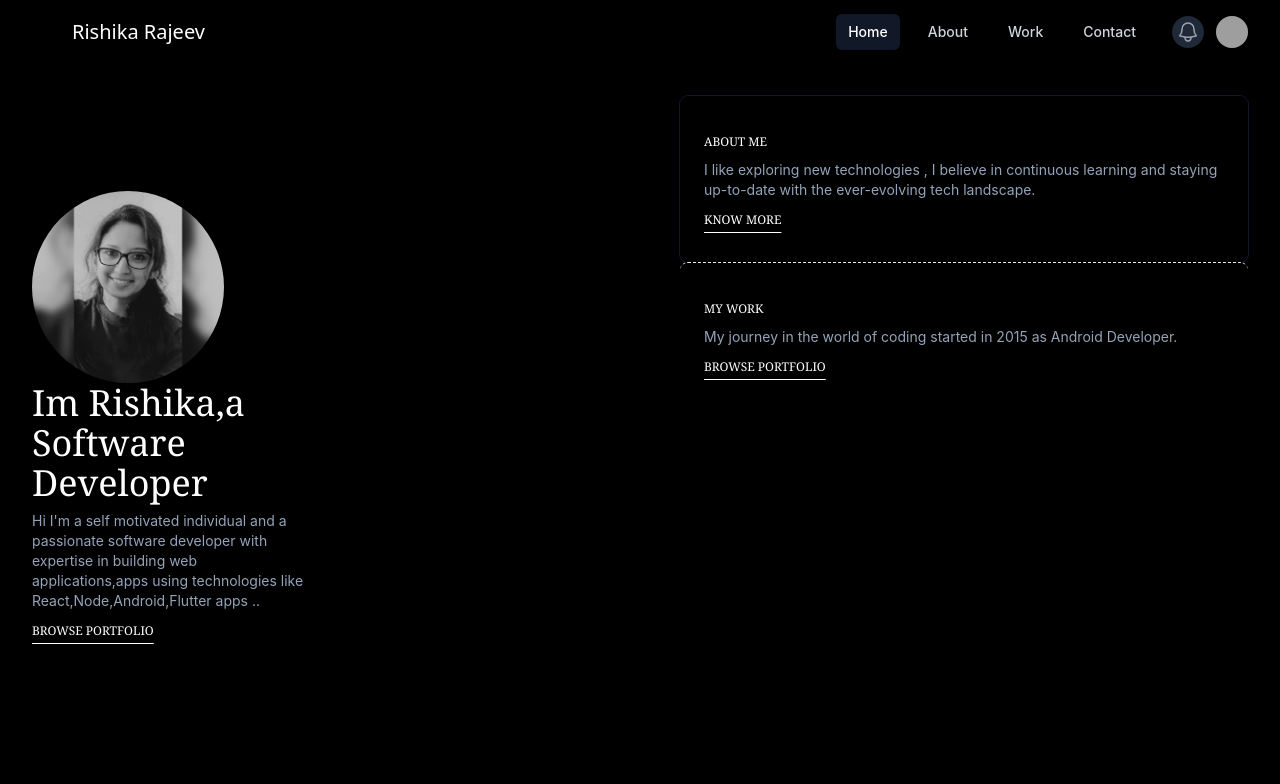
Repository: rishikarajeev/portfolio_rishika
Page: /
The author's editor kept a copy of each file at every save. The page is drawn from the files as they stood at one save, then again after the next save.
The browser window is 1280 px wide. The pictures show the whole page.
Pictures or frames that could not be fetched are drawn as grey boxes. The project was rebuilt for these pictures with package versions that can differ from the ones it lists, and the page was loaded fresh each time. Also part of the build but not shown: src/Pages/About.jsx, src/Pages/Contact.jsx, src/Components/Work.jsx, src/Components/Project.jsx, src/Pages/Mywork.jsx.

Above is the page before, as saved 2023-10-23 18:33:10.

### src/Components/Nav/Nav.jsx
import React from 'react'

function Nav() {
  return (
    <div><nav class="dark:bg-black">
    <div class="mx-auto max-w-7xl px-2 sm:px-6 lg:px-8">
      <div class="relative flex h-16 items-center justify-between">
      <div class="absolute inset-y-0 left-7 flex items-center ">

      <a href="#" class=" text-white  px-3 py-2 text-xl font-medium font-sans" aria-current="page">Rishika Rajeev</a>
        </div>
        <div class="absolute inset-y-0 left-0 flex items-center sm:hidden">

          <button type="button" class="relative inline-flex items-center justify-center rounded-md p-2 text-gray-400 hover:bg-gray-700 hover:text-white focus:outline-none focus:ring-2 focus:ring-inset focus:ring-white" aria-controls="mobile-menu" aria-expanded="false">
            <span class="absolute -inset-0.5"></span>
            <span class="sr-only">Open main menu</span>

            <svg class="block h-6 w-6" fill="none" viewBox="0 0 24 24" stroke-width="1.5" stroke="currentColor" aria-hidden="true">
              <path stroke-linecap="round" stroke-linejoin="round" d="M3.75 6.75h16.5M3.75 12h16.5m-16.5 5.25h16.5" />
            </svg>

            <svg class="hidden h-6 w-6" fill="none" viewBox="0 0 24 24" stroke-width="1.5" stroke="currentColor" aria-hidden="true">
              <path stroke-linecap="round" stroke-linejoin="round" d="M6 18L18 6M6 6l12 12" />
            </svg>
          </button>
        </div>
        <div class="flex flex-1 items-center justify-end sm:items-stretch sm:justify-end">
          {/* <div class="flex flex-shrink-0 items-center">
            <img class="h-8 w-auto" src="https://tailwindui.com/img/logos/mark.svg?color=indigo&shade=500" alt="Your Company"/>
          </div> */}
          <div class="hidden sm:ml-6 sm:block ">
            <div class="flex space-x-4 ">

              <a href="/" class="bg-gray-900 text-white rounded-md px-3 py-2 text-sm font-medium" >Home</a>
              <a href="/about" class="text-gray-300 hover:bg-gray-700 hover:text-white rounded-md px-3 py-2 text-sm font-medium">About</a>
              <a href="/work" class="text-gray-300 hover:bg-gray-700 hover:text-white rounded-md px-3 py-2 text-sm font-medium">Work</a>
              <a href="/contact" class="text-gray-300 hover:bg-gray-700 hover:text-white rounded-md px-3 py-2 text-sm font-medium">Contact</a>
            </div>
          </div>
        </div>
        <div class="absolute inset-y-0 right-0 flex items-center pr-2 sm:static sm:inset-auto sm:ml-6 sm:pr-0">
          <button type="button" class="relative rounded-full bg-gray-800 p-1 text-gray-400 hover:text-white focus:outline-none focus:ring-2 focus:ring-white focus:ring-offset-2 focus:ring-offset-gray-800">
            <span class="absolute -inset-1.5"></span>
            <span class="sr-only">View notifications</span>
            <svg class="h-6 w-6" fill="none" viewBox="0 0 24 24" stroke-width="1.5" stroke="currentColor" aria-hidden="true">
              <path stroke-linecap="round" stroke-linejoin="round" d="M14.857 17.082a23.848 23.848 0 005.454-1.31A8.967 8.967 0 0118 9.75v-.7V9A6 6 0 006 9v.75a8.967 8.967 0 01-2.312 6.022c1.733.64 3.56 1.085 5.455 1.31m5.714 0a24.255 24.255 0 01-5.714 0m5.714 0a3 3 0 11-5.714 0" />
            </svg>
          </button>


          <div class="relative ml-3">
            <div>
              <button type="button" class="relative flex rounded-full bg-gray-800 text-sm focus:outline-none focus:ring-2 focus:ring-white focus:ring-offset-2 focus:ring-offset-gray-800" id="user-menu-button" aria-expanded="false" aria-haspopup="true">
                <span class="absolute -inset-1.5"></span>
                <span class="sr-only">Open user menu</span>
                <img class="h-8 w-8 rounded-full" src="../../Images/WhatsApp Image 2023-10-03 at 11.58.19 AM.jpeg" alt=""/>
              </button>
            </div>

          </div>
        </div>
      </div>
    </div>


    <div class="sm:hidden" id="mobile-menu">
      <div class="space-y-1 px-2 pb-3 pt-2">

        <a href="/" class="bg-gray-900 text-white block rounded-md px-3 py-2 text-base font-medium" aria-current="page">Home</a>
        <a href="/about" class="text-gray-300 hover:bg-gray-700 hover:text-white block rounded-md px-3 py-2 text-base font-medium">About</a>
        <a href="/work" class="text-gray-300 hover:bg-gray-700 hover:text-white block rounded-md px-3 py-2 text-base font-medium">Work</a>
        <a href="/contact" class="text-gray-300 hover:bg-gray-700 hover:text-white block rounded-md px-3 py-2 text-base font-medium">Contact</a>
      </div>
    </div>
  </nav>
  </div>
  )
}

export default Nav

### src/Pages/Home.jsx
import React from 'react'

import Nav from '../Components/Nav/Nav';
import img from "../Images/profile.jpeg"
import { Link } from 'react-router-dom';

function Home() {
  return (
    <div className="App" class="dark md:bg-black ">
    <Nav />
    <div class="grid grid-cols-2 h-screen dark md:bg-black gap-4  ">
      <div class="grid grid-cols-2 justify-center items-center m-8 ">
        <div class=" col-span-1 dark:bg-black rounded-lg   mb-4 shadow-xl  ">
          <div class="md:flex">
            <div class="md:shrink-0">
              <img
                class="h-48 w-full object-cover md:h-full md:w-48 rounded-full bg-gray-800 text-sm focus:outline-none focus:ring-2"
                src={img}

              />
            </div>
          </div>
          <Link to="/work">
          <div>
            <label class="text-4xl dark:text-white font-serif">
              Im Rishika,a Software Developer
            </label>
          </div>
          </Link>
          <p class="text-slate-400 dark:text-slate-400 mt-2 text-sm mb-1.5">
          Hi I'm a self motivated individual and a passionate software developer
           with expertise in building web applications,apps using technologies like React,Node,Android,Flutter apps ..

          </p>
          <label class="  text-xs underline underline-offset-8 font-serif dark:text-white">
            BROWSE PORTFOLIO
          </label>
        </div>
      </div>
      <div class=" col-span-1 divide-y divide-dashed dark md:bg-black m-8">

      <Link to="/about">
        <div class=" dark:dark:bg-black rounded-lg px-6 py-8 ring-1 ring-slate-900 shadow-xl">

          <div>
            <label class=" dark:text-white text-xs font-serif">
              ABOUT ME
            </label>
          </div>

          <p class=" dark:text-slate-400 mt-2 text-sm mb-1.5">
          I like exploring new technologies , I believe in continuous learning and staying up-to-date with the ever-evolving tech landscape.

          </p>

          <label class="  text-xs underline underline-offset-8 font-serif dark:text-white">
            KNOW MORE
          </label>

        </div>
        </Link>
        <div class=" dark:dark:bg-black rounded-lg px-6 py-8 ring-1 ring-slate-900/5 shadow-xl">
          <div>
            <label class=" dark:text-white text-xl font-serif text-xs">
              {" "}
              MY WORK
            </label>
          </div>

          <p class=" dark:text-slate-400 mt-2 text-sm mb-1.5">
          My journey in the world of coding started in 2015 as Android Developer.
          </p>
          <label class="  text-xs underline underline-offset-8 font-serif dark:text-white">
            BROWSE PORTFOLIO
          </label>
        </div>
      </div>
    </div>
      </div>
  )
}

export default Home

### tailwind.config.js
/** @type {import('tailwindcss').Config} */
module.exports = {
  content: ["./src/**/*.{html,js,jsx}"],
  theme: {
    extend: {},
  },
  darkMode: 'class',
  plugins: [],
}

Loaded but not shown: public/index.html (common file); src/index.js (common file); src/index.css (common file); src/App.js (common file); src/reportWebVitals.js (common file); src/App.css (common file)

After the next save:
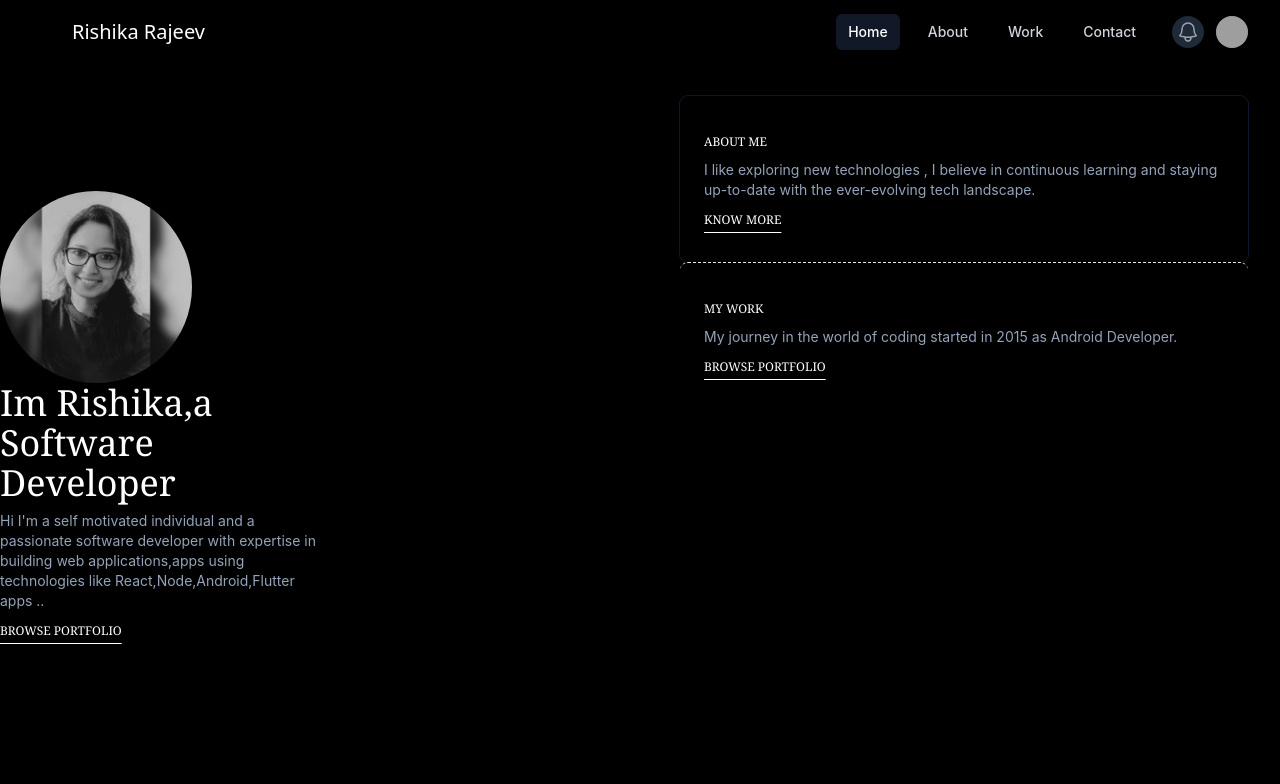
Saved 13 s later.
--- a/src/Pages/Home.jsx
+++ b/src/Pages/Home.jsx
@@ -9,7 +9,7 @@
     <div className="App" class="dark md:bg-black ">
     <Nav />
     <div class="grid grid-cols-2 h-screen dark md:bg-black gap-4  ">
-      <div class="grid grid-cols-2 justify-center items-center m-8 ">
+      <div class="grid grid-cols-2 justify-center items-center ">
         <div class=" col-span-1 dark:bg-black rounded-lg   mb-4 shadow-xl  ">
           <div class="md:flex">
             <div class="md:shrink-0">

After the save that followed:
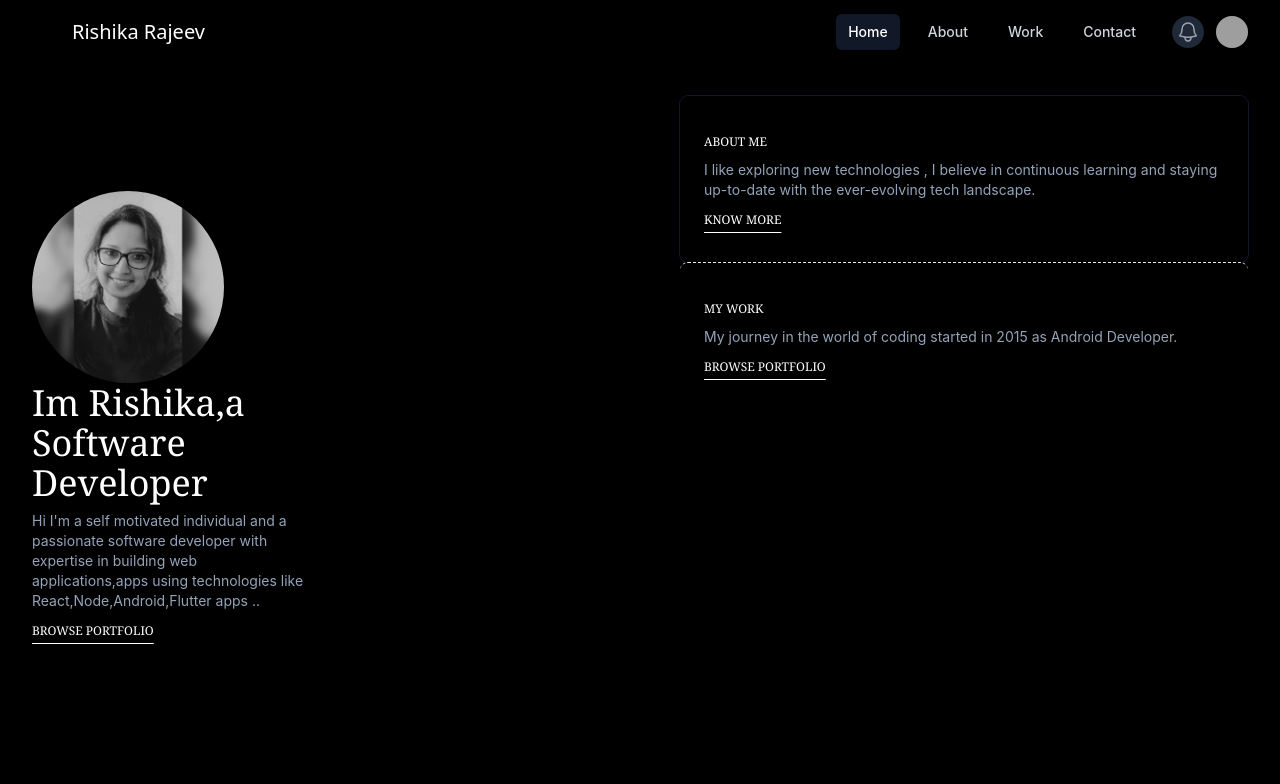
Saved 7 s later.
--- a/src/Pages/Home.jsx
+++ b/src/Pages/Home.jsx
@@ -9,7 +9,7 @@
     <div className="App" class="dark md:bg-black ">
     <Nav />
     <div class="grid grid-cols-2 h-screen dark md:bg-black gap-4  ">
-      <div class="grid grid-cols-2 justify-center items-center ">
+      <div class="grid grid-cols-2 justify-center items-center m-8 ">
         <div class=" col-span-1 dark:bg-black rounded-lg   mb-4 shadow-xl  ">
           <div class="md:flex">
             <div class="md:shrink-0">
